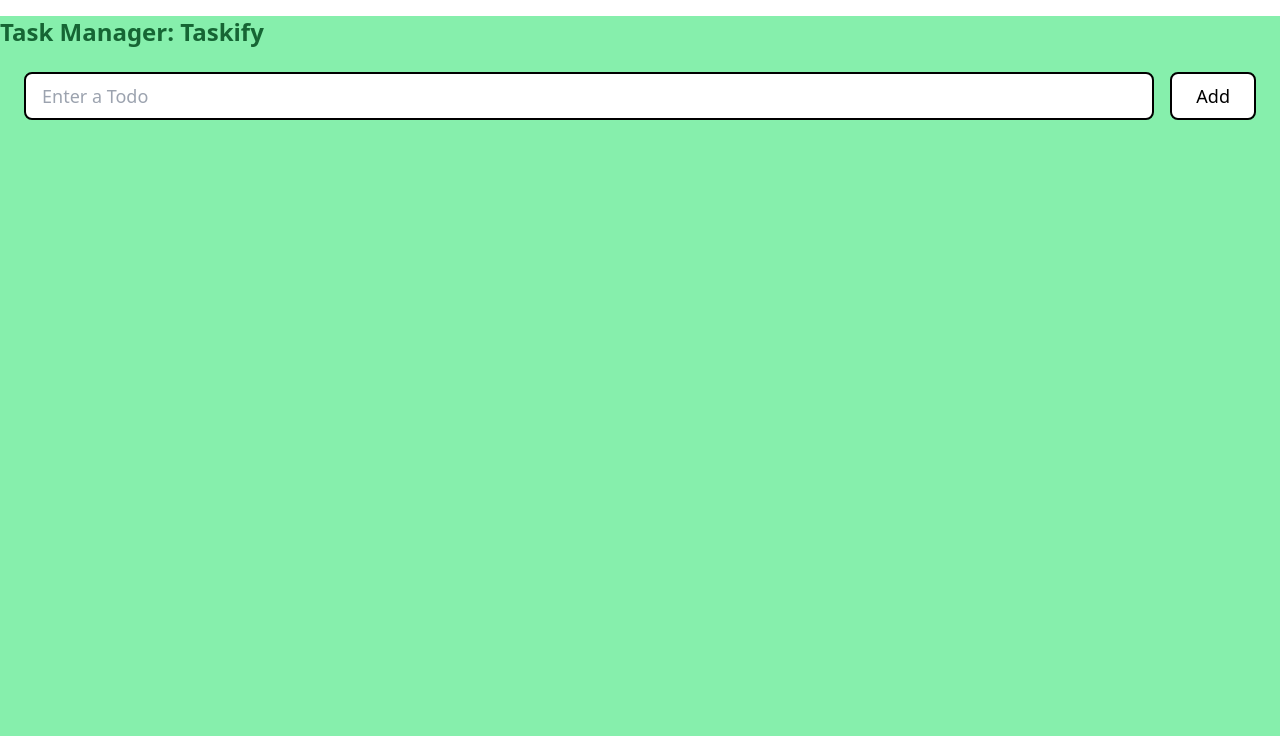
Repository: Dineshbhandari2023/Todo
Page: /
The author's editor kept a copy of each file at every save. The page is drawn from the files as they stood at one save, then again after the next save.
The browser window is 1280 px wide. The pictures show the whole page.
Some web fonts or font styles are not loaded; a fallback is used. The project was rebuilt for these pictures with package versions that can differ from the ones it lists, and the page was loaded fresh each time.

Above is the page before, as saved 2025-06-19 00:13:55.

After the next save:
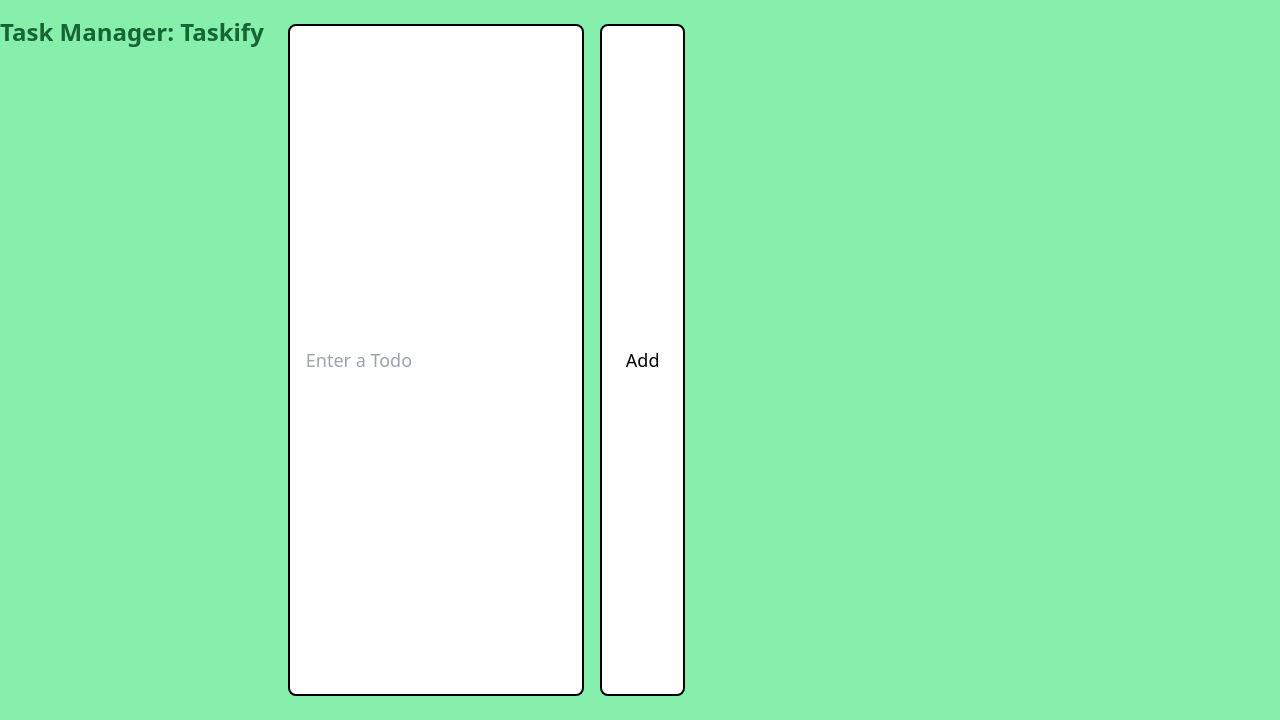
Saved 11 s later.
--- a/src/App.tsx
+++ b/src/App.tsx
@@ -45,7 +45,7 @@
   console.log(todos);
 
   return (
-    <div className="bg-green-300 h-screen">
+    <div className="bg-green-300 h-screen flex">
       <h1 className="font-extrabold text-green-800 text-2xl mt-4">
         Task Manager: Taskify
       </h1>

After the save that followed:
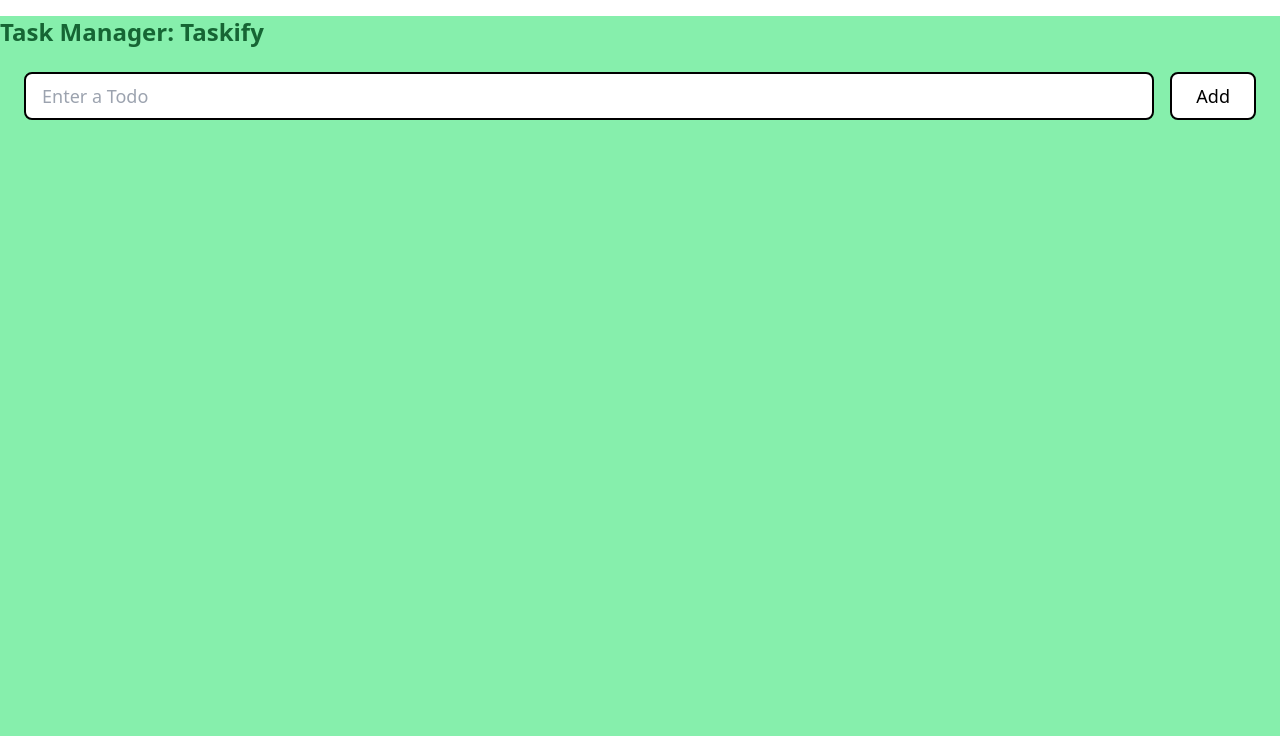
Saved 5 s later.
--- a/src/App.tsx
+++ b/src/App.tsx
@@ -45,7 +45,7 @@
   console.log(todos);
 
   return (
-    <div className="bg-green-300 h-screen flex">
+    <div className="bg-green-300 h-screen">
       <h1 className="font-extrabold text-green-800 text-2xl mt-4">
         Task Manager: Taskify
       </h1>
